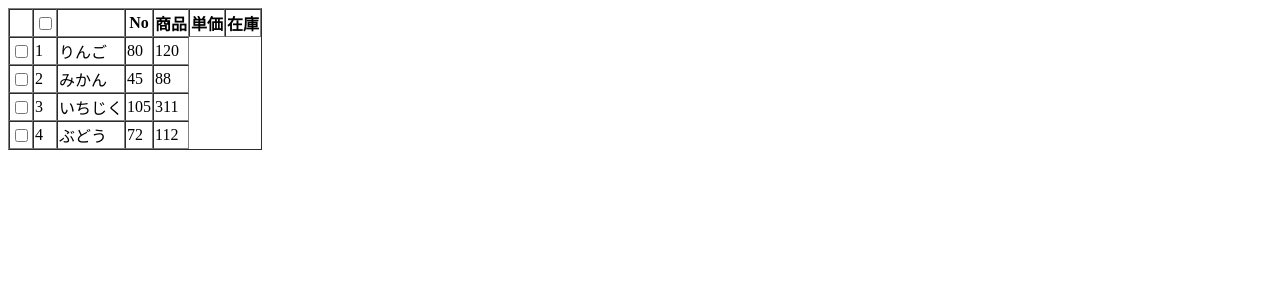
Repository: nathox/backup
Page: http://localhost/Favorite/s.jsp
An editor plug-in stored every save of this project. The page is shown before and after the next save, followed by the edit.
The browser window is 1280 px wide. The pictures show the whole page.
The page is served by Tomcat 9.

Above is the page before, as saved 2018-02-07 07:30:20.

After the next save:
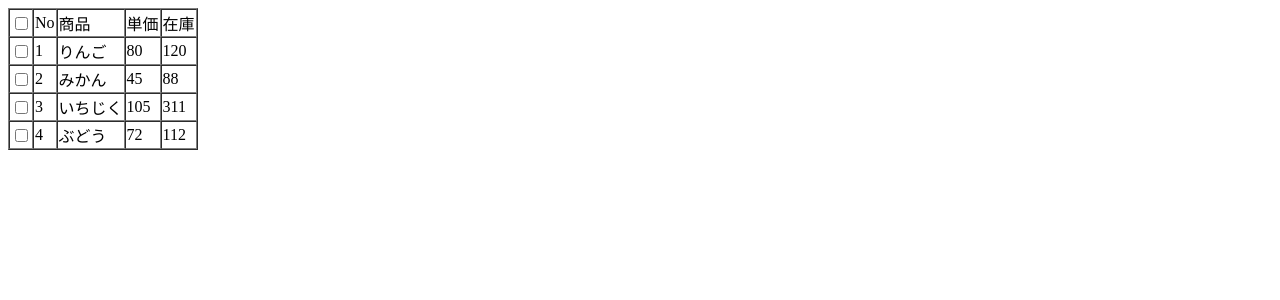
Saved 2 min 50 s later.
--- a/Favorite/WebContent/s.jsp
+++ b/Favorite/WebContent/s.jsp
@@ -11,11 +11,11 @@
  <table border="1" cellspacing="0">
         <thead id="hoge-head">
             <tr>
-                <td><th><input type="checkbox"></th></td>
-                <td><th>No</th></td>
-                <th>商品</th>
-                <th>単価</th>
-                <th>在庫</th>
+                <td><input type="checkbox"></td>
+                <td>No</td>
+                <td>商品</td>
+                <td>単価</td>
+                <td>在庫</td>
             </tr>
         </thead>
         <tbody id="hoge-body">
